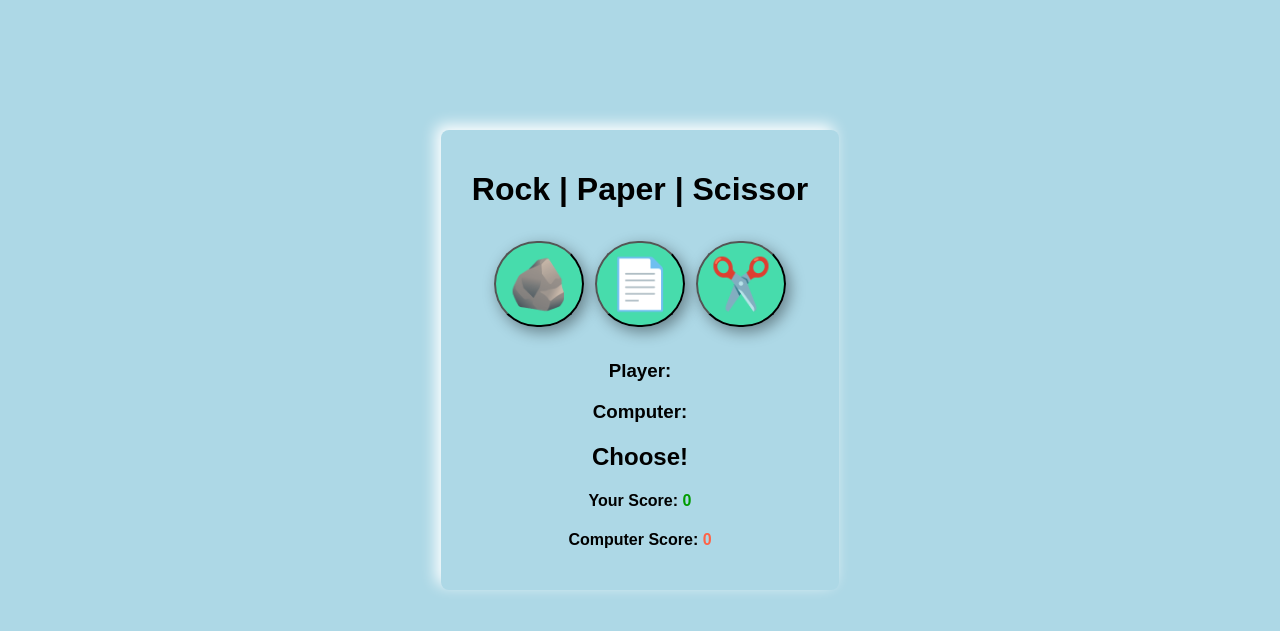
Repository: SakthivelDurai47/Rock-Paper-Sissors
Page: index.html
The author's editor kept a copy of each file at every save. The page is drawn from the files as they stood at one save, then again after the next save.
The browser window is 1280 px wide. The pictures show the whole page.

Above is the page before, as saved 2025-04-14 23:22:03.

### index.html
<!DOCTYPE html>
<html lang="en">
  <head>
    <meta charset="UTF-8" />
    <meta name="viewport" content="width=device-width, initial-scale=1.0" />
    <title>Rock, Paper, Scissor</title>
    <meta name="aurthor" content="Sakthivel Durai S" />
    <link rel="stylesheet" href="styles.css" />
  </head>
  <body>
    <main>
      <h1>Rock | Paper | Scissor</h1>
      <div id="choice">
        <button onclick="playGame('Rock')">🪨</button>
        <button onclick="playGame('Paper')">📄</button>
        <button onclick="playGame('Scissor')">✂️</button>
      </div>
      <div id="info">
        <h3 id="playerInfo">Player:</h3>
        <h3 id="computerInfo">Computer:</h3>
      </div>
      <h2 id="result">Choose!</h2>
      <div id="scores">
        <h4>Your Score: <span id="scorePlr">0</span></h4>
        <h4>Computer Score: <span id="scoreCum">0</span></h4>
      </div>
    </main>
    <script src="index.js"></script>
  </body>
</html>

### styles.css
body {
  margin: 0;
  font-family: Arial, sans-serif;
  display: flex;
  flex-direction: column;
  align-items: center;
  text-align: center;
  background-color: lightblue;
  height: 100vh;
}
#choice {
  margin: 30px;
}
button {
  border-radius: 300px;
  font-size: 50px;
  padding: 12px;
  margin: 3px;
  background-color: hsla(160, 70%, 55%, 0.9);
  box-shadow: 4px 5px 15px rgba(0, 3, 3, 0.4);
  transition: background-color 0.5s ease;
  cursor: pointer;
}
button:hover {
  background-color: turquoise;
  scale: 110%;
}

#scorePlr {
  color: rgb(0, 156, 0);
}

#scoreCum {
  color: tomato;
}
.greenText {
  color: rgb(0, 156, 0);
}
.redText {
  color: tomato;
}
main {
  margin: auto;
  padding: 20px;
  border-radius: 8px;
  box-shadow: 5px 5px 15px rgba(0, 0, 0, 0.477);
  box-shadow: -5px -5px 15px rgb(255, 255, 255);
}

### index.js
const choices = ["Rock", "Paper", "Scissor"];
const playerInfo = document.getElementById("playerInfo");
const computerInfo = document.getElementById("computerInfo");
const result = document.getElementById("result");
const scoreCom = document.getElementById("scoreCum");
const scorePlr = document.getElementById("scorePlr");
let playerScore = 0;
let computerScore = 0;

function playGame(playerChoice) {
  const computerChoice = choices[Math.floor(Math.random() * 3)];
  let results = "";
  console.log(computerChoice);

  if (playerChoice === computerChoice) {
    results = "It's a Tie";
  } else {
    switch (playerChoice) {
      case "Rock":
        results = computerChoice === "Scissor" ? "You Win!" : "You Lose!";
        break;
      case "Paper":
        results = computerChoice === "Rock" ? "You Win!" : "You Lose!";
        break;
      case "Scissor":
        results = computerChoice === "Paper" ? "You Win!" : "You Lose!";
        break;
    }
  }
  result.classList.remove("greenText", "redText");
  playerInfo.textContent = `Player: ${playerChoice}`;
  computerInfo.textContent = `Computer: ${computerChoice}`;
  result.textContent = results;

  if (results === "You Win!") {
    playerScore++;
    result.classList.add("greenText");
  } else if (results === "You Lose!") {
    computerScore++;
    result.classList.add("redText");
  }
  scoreCom.innerText = computerScore;
  scorePlr.innerText = playerScore;
}

After the next save:
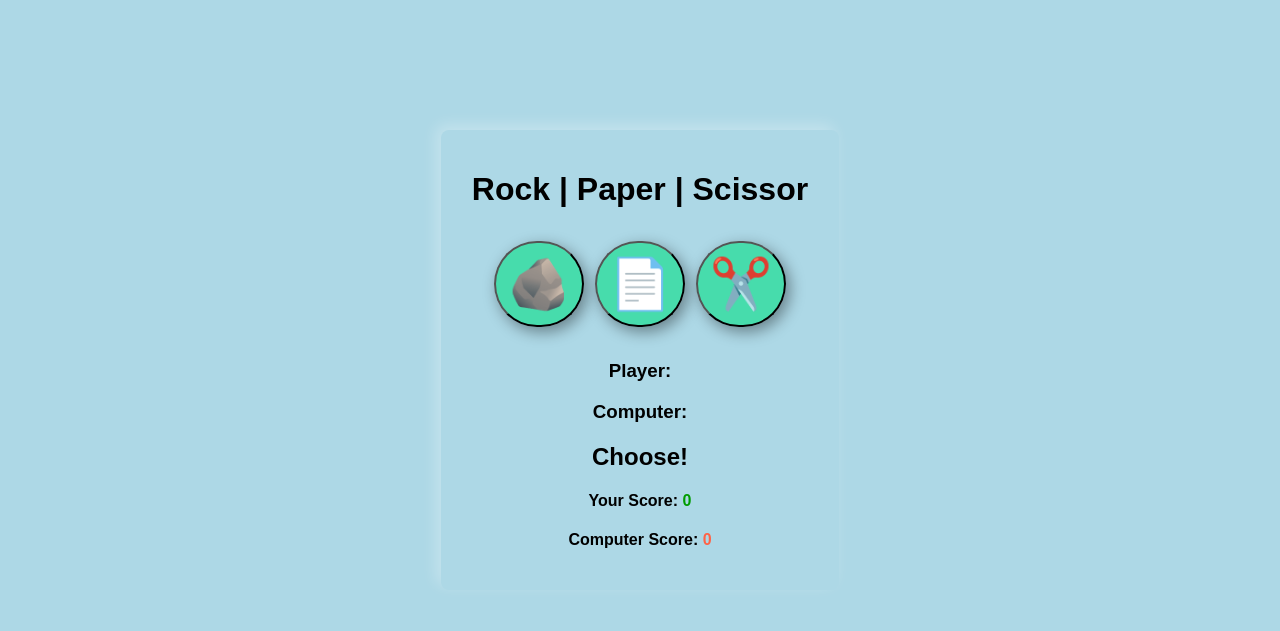
Saved 11 s later.
--- a/styles.css
+++ b/styles.css
@@ -44,5 +44,5 @@ main {
   padding: 20px;
   border-radius: 8px;
   box-shadow: 5px 5px 15px rgba(0, 0, 0, 0.477);
-  box-shadow: -5px -5px 15px rgb(255, 255, 255);
+  box-shadow: -5px -5px 15px rgba(255, 255, 255, 0.29);
 }
